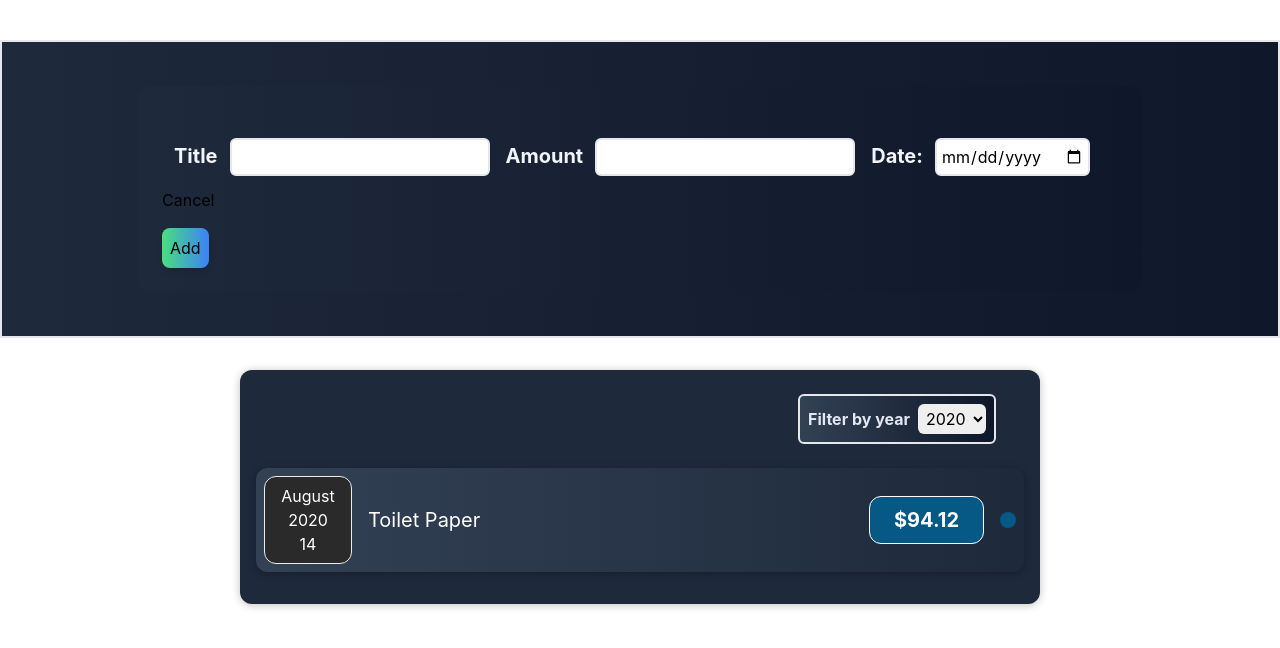
Repository: Sef24/expense-tracker
Page: /, after clicking the first element matching `button`
An editor plug-in stored every save of this project. The page is shown before and after the next save, followed by the edit.
The browser window is 1280 px wide. The pictures show the whole page.
The project was rebuilt for these pictures with package versions that can differ from the ones it lists, and the page was loaded fresh each time. Also part of the build but not shown: src/components/NewExpense/NewExpense.css, src/components/NewExpense/ExpenseForm.css.

Above is the page before, as saved 2022-05-03 16:39:57.

After the next save:
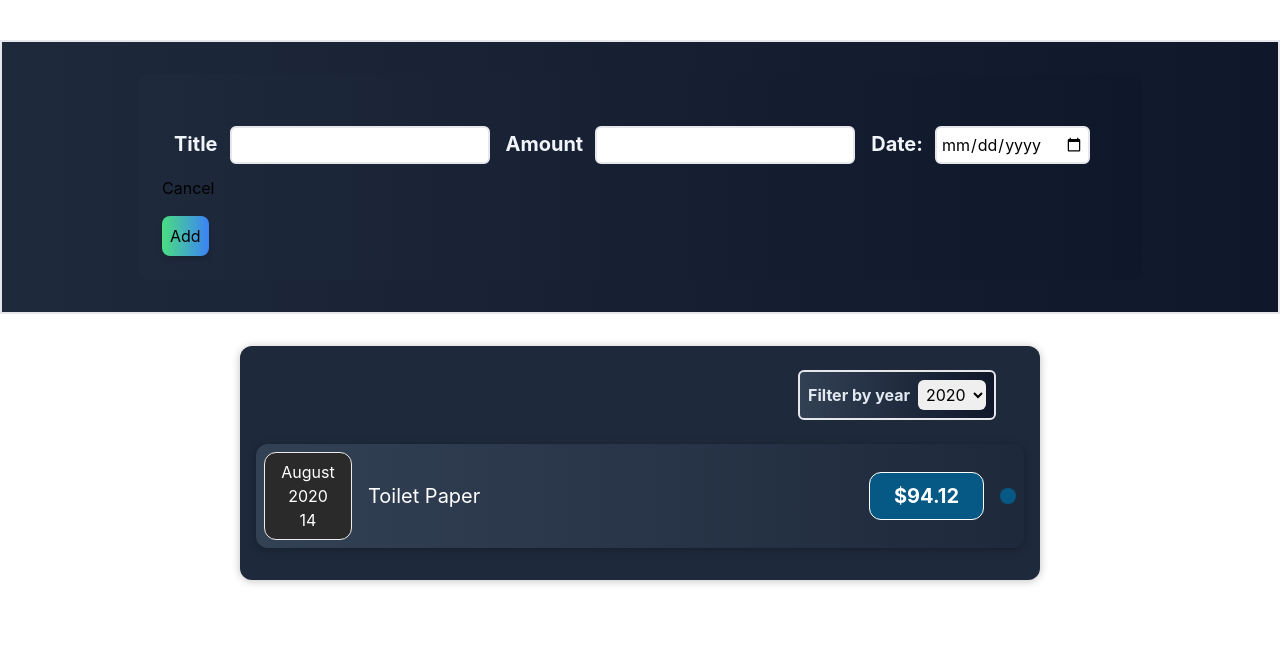
Saved 7 s later.
--- a/src/components/NewExpense/NewExpense.js
+++ b/src/components/NewExpense/NewExpense.js
@@ -26,7 +26,7 @@ function NewExpense(props) {
 
   return (
     <div
-      className="flex w-full p-7 mt-10 items-center justify-center border-2
+      className="flex w-full p-4 mt-10 items-center justify-center border-2
       bg-gradient-to-r from-slate-800 to-slate-900 ... px-10"
     >
       {!isEditing && (
